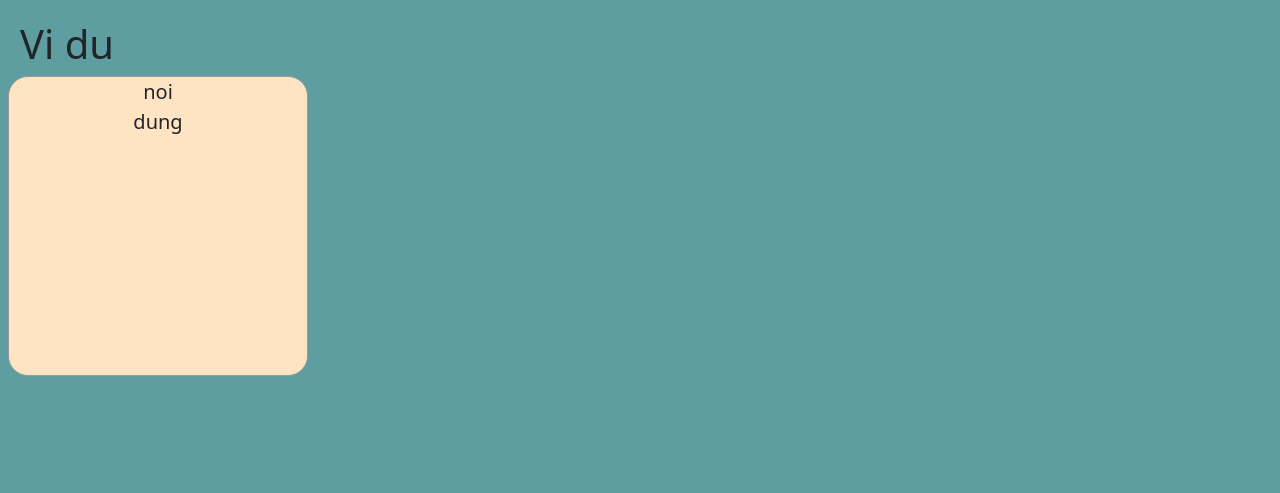
Repository: thanhp6868/ltWeb
Page: 0410/1/1.html
An editor plug-in stored every save of this project. The page is shown before and after the next save, followed by the edit.
The browser window is 1280 px wide. The pictures show the whole page.

Above is the page before, as saved 2023-10-04 14:30:35.

After the next save:
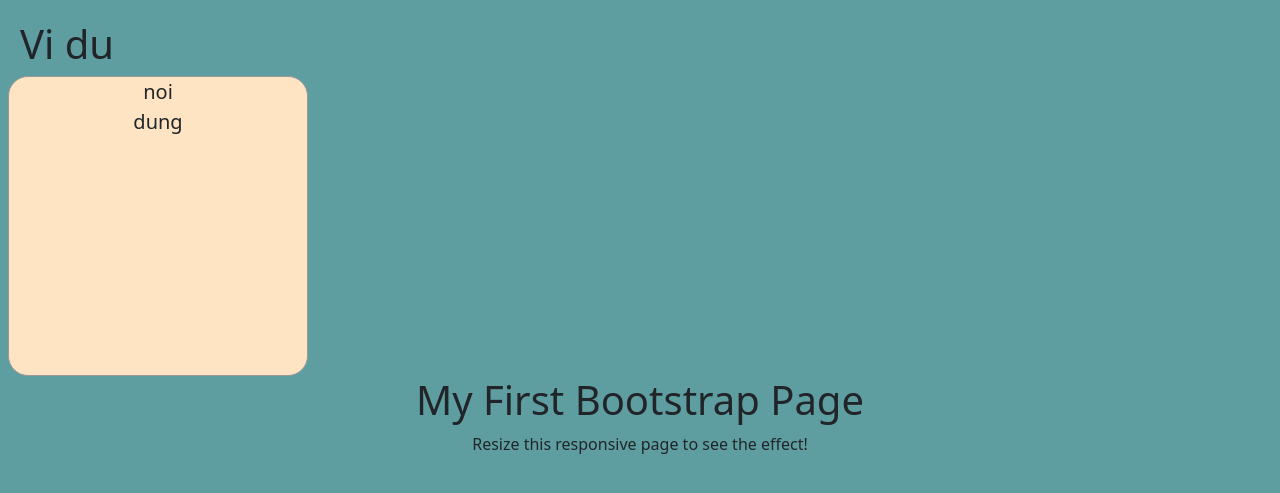
Saved 24 min 0 s later.
--- a/0410/1/1.html
+++ b/0410/1/1.html
@@ -19,6 +19,11 @@
         </div></center>
         </div>
     </div>
+
+    <div class="jumbotron text-center">
+        <h1>My First Bootstrap Page</h1>
+        <p>Resize this responsive page to see the effect!</p>
+      </div>
 </body>
 
 </html>
